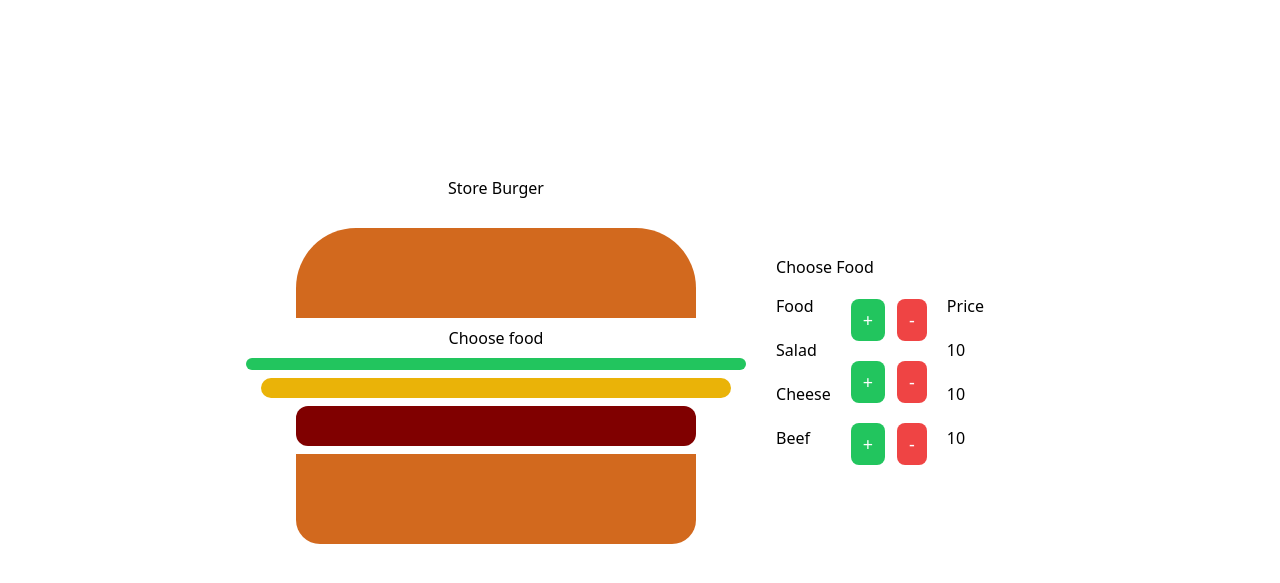
Repository: baobaodeveloper/bootcamp21_HuynhAnhBao_Burger
Page: /
These files come from the project's save history. The page is drawn as it stood at one moment and after the next save; the edit follows.
The browser window is 1280 px wide. The pictures show the whole page.
The project was rebuilt for these pictures with package versions that can differ from the ones it lists, and the page was loaded fresh each time. Also part of the build but not shown: vite.config.js.

Above is the page before, as saved 2022-05-15 17:04:28.

### src/App.jsx
import Burger from "./components/Burger";

function App() {
  return <Burger></Burger>;
}

export default App;

### src/components/Burger.jsx
import React from "react";

export default function Burger() {
  return (
    <div>
      <div className="flex items-center gap-x-20  w-screen h-screen mx-auto justify-center">
        <div className="flex flex-col justify-center items-center gap-y-2 w-[400px]">
          <h2 className="mb-20">Store Burger</h2>
          <div className="bg-[#D2691E] w-full h-[30px] relative">
            <div className="bg-[#D2691E] w-full h-[60px] absolute top-0 left-0 -translate-y-[60px] rounded-tl-full rounded-tr-full"></div>
          </div>
          <p>Choose food</p>
          {/* loop here */}
          <div className="h-3 bg-green-500 w-[500px] rounded-full"></div>
          <div className="h-5 bg-yellow-500 w-[470px] rounded-full"></div>
          <div className="h-10 bg-[#800000] w-[400px] rounded-xl"></div>

          <div className="w-full bg-[#D2691E] h-[90px] rounded-br-3xl rounded-bl-3xl"></div>
        </div>

        <div className="">
          <h2>Choose Food</h2>
          <div className="flex items-center gap-x-5">
            <div className="flex flex-col gap-y-5">
              <span>Food</span>
              <span>Salad</span>
              <span>Cheese</span>
              <span>Beef</span>
            </div>

            <div className="flex flex-col gap-y-5">
              <span> </span>
              <span className="flex gap-x-3">
                <button className="p-3 leading-none text-lg bg-green-500 text-white rounded-lg">
                  +
                </button>
                <button className="p-3 leading-none text-lg bg-red-500 text-white rounded-lg">
                  -
                </button>
              </span>
              <span className="flex gap-x-3">
                <button className="p-3 leading-none text-lg bg-green-500 text-white rounded-lg">
                  +
                </button>
                <button className="p-3 leading-none text-lg bg-red-500 text-white rounded-lg">
                  -
                </button>
              </span>
              <span className="flex gap-x-3">
                <button className="p-3 leading-none text-lg bg-green-500 text-white rounded-lg">
                  +
                </button>
                <button className="p-3 leading-none text-lg bg-red-500 text-white rounded-lg">
                  -
                </button>
              </span>
            </div>
            <div className="flex flex-col gap-y-5">
              <span>Price</span>
              <span>10</span>
              <span>10</span>
              <span>10</span>
            </div>
          </div>
        </div>
      </div>
    </div>
  );
}

Loaded but not shown: index.html (common file); src/main.jsx (common file); src/index.scss (common file); tailwind.config.js (common file)

After the next save:
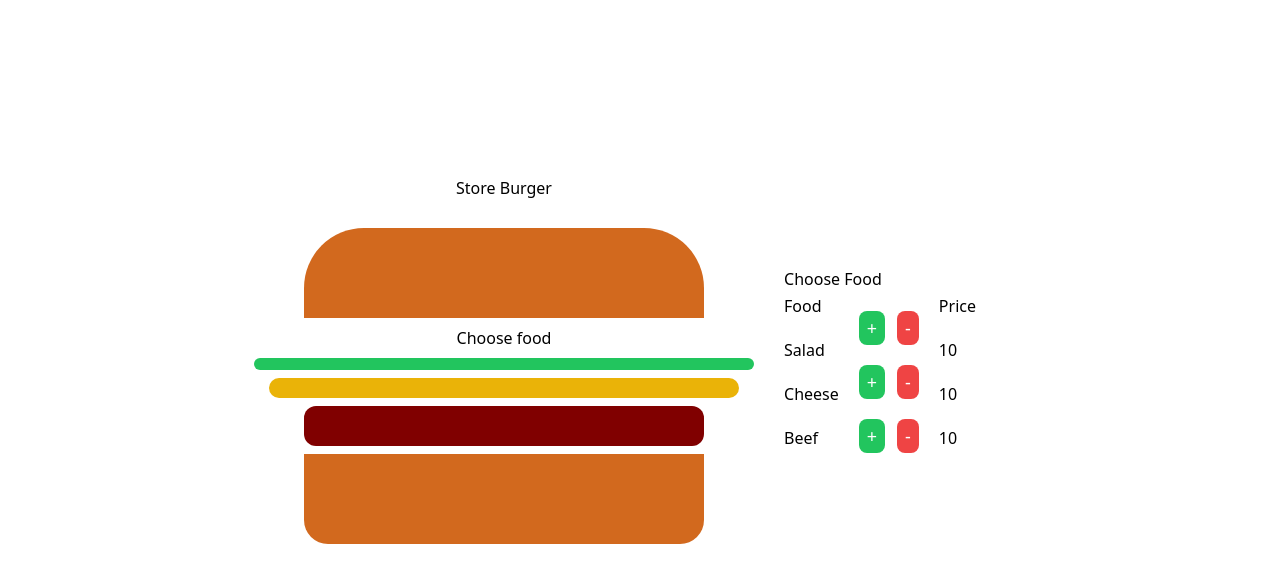
Saved 23 s later.
--- a/src/components/Burger.jsx
+++ b/src/components/Burger.jsx
@@ -31,26 +31,26 @@ export default function Burger() {
             <div className="flex flex-col gap-y-5">
               <span> </span>
               <span className="flex gap-x-3">
-                <button className="p-3 leading-none text-lg bg-green-500 text-white rounded-lg">
+                <button className="p-2 leading-none text-lg bg-green-500 text-white rounded-lg">
                   +
                 </button>
-                <button className="p-3 leading-none text-lg bg-red-500 text-white rounded-lg">
+                <button className="p-2 leading-none text-lg bg-red-500 text-white rounded-lg">
                   -
                 </button>
               </span>
               <span className="flex gap-x-3">
-                <button className="p-3 leading-none text-lg bg-green-500 text-white rounded-lg">
+                <button className="p-2 leading-none text-lg bg-green-500 text-white rounded-lg">
                   +
                 </button>
-                <button className="p-3 leading-none text-lg bg-red-500 text-white rounded-lg">
+                <button className="p-2 leading-none text-lg bg-red-500 text-white rounded-lg">
                   -
                 </button>
               </span>
               <span className="flex gap-x-3">
-                <button className="p-3 leading-none text-lg bg-green-500 text-white rounded-lg">
+                <button className="p-2 leading-none text-lg bg-green-500 text-white rounded-lg">
                   +
                 </button>
-                <button className="p-3 leading-none text-lg bg-red-500 text-white rounded-lg">
+                <button className="p-2 leading-none text-lg bg-red-500 text-white rounded-lg">
                   -
                 </button>
               </span>
